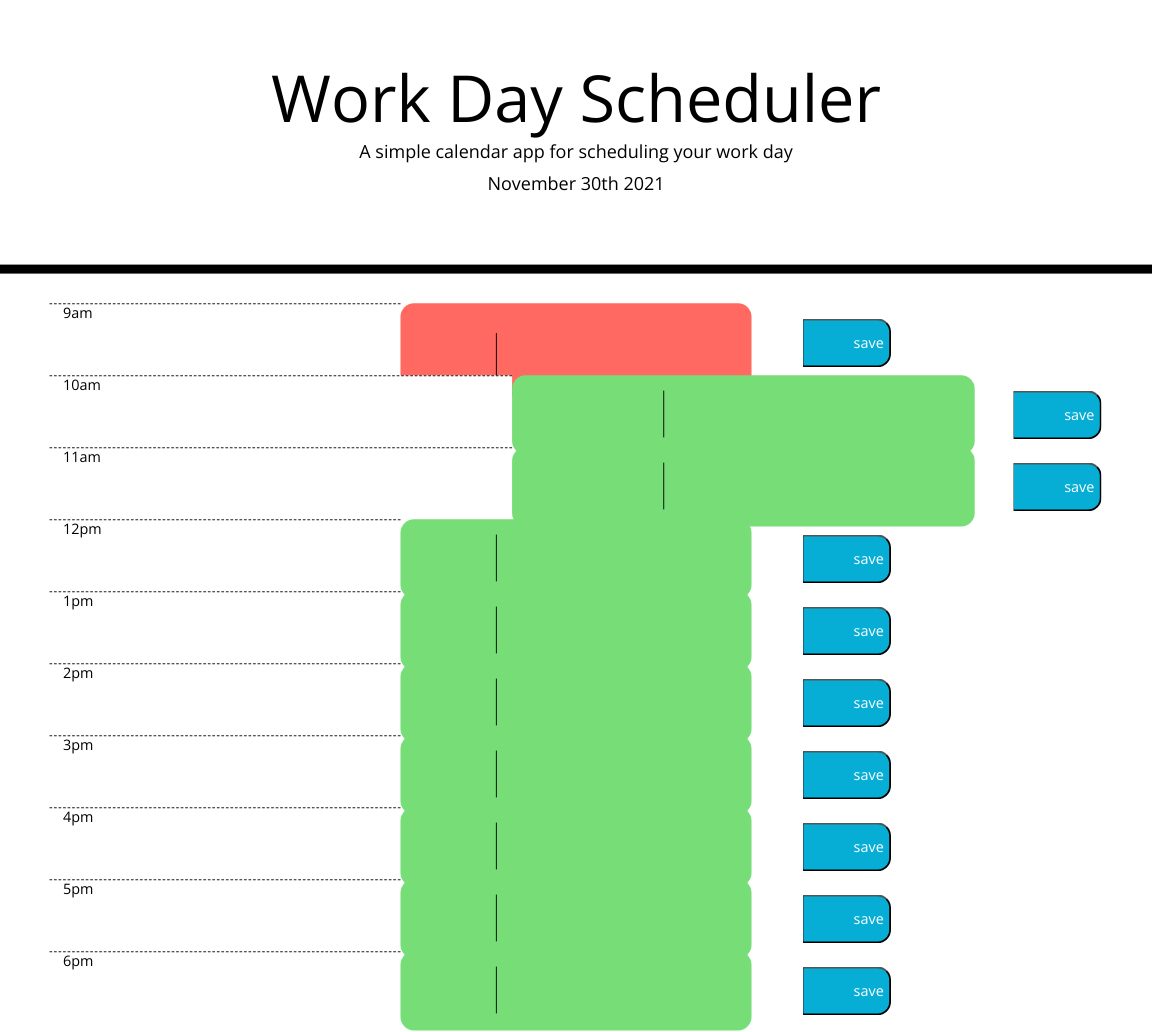
Repository: Naomilounsbury/work-day-scheduler
Page: index.html
These files come from the project's save history. The page is drawn as it stood at one moment and after the next save; the edit follows.
The browser window is 1280 px wide. The pictures show the whole page, at 90% of full size.
Some web libraries are served in a nearby version.

Above is the page before, as saved 2021-12-04 11:00:14.

After the next save:
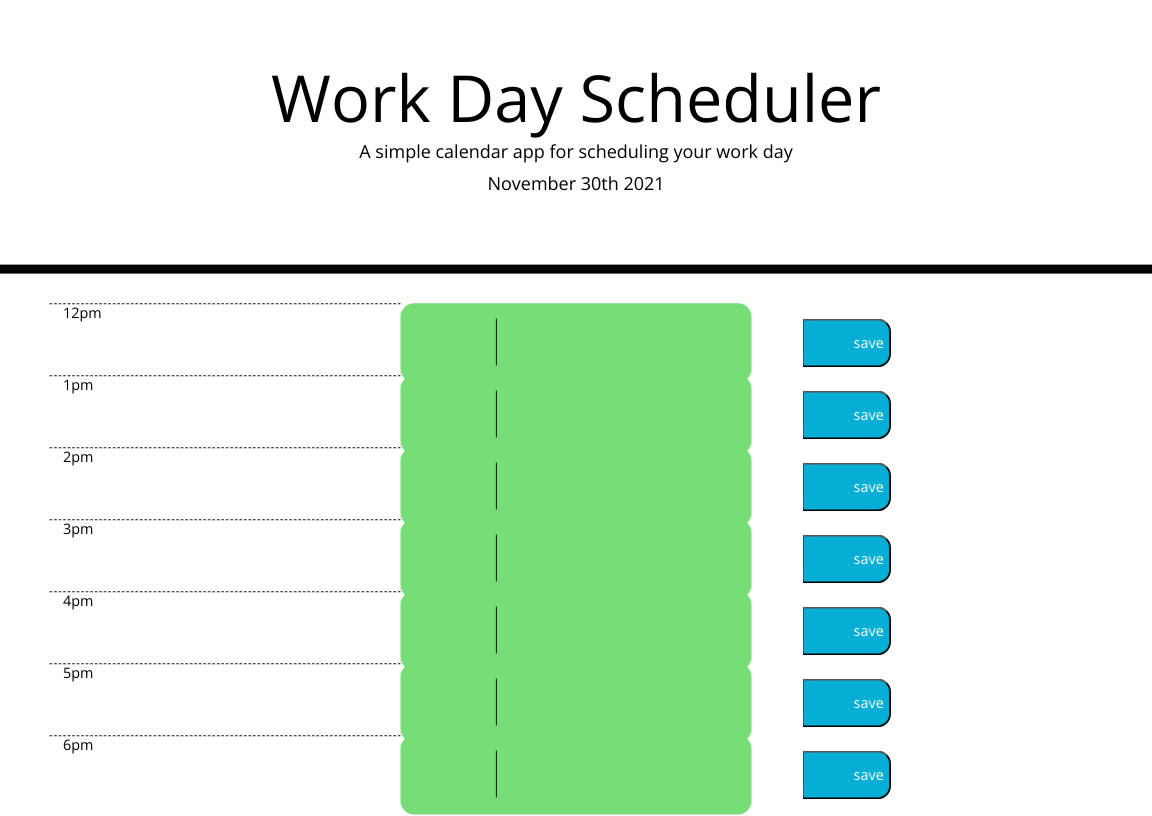
Saved 113 s later.
--- a/index.html
+++ b/index.html
@@ -22,11 +22,11 @@
   <div class>
     <!-- Timeblocks go here -->
     <table class="container">
-      <tr class="row">
+      <!-- <tr class="row">
         <td class="hour col">9am</td>
-        <td class="time-block col" id="9">
+        <td class="time-block col" id="9"> -->
           <!-- all of my textareas are called btn which is ironic because they arent btns -->
-          <textarea id="btn9">
+          <!-- <textarea id="btn9">
           </textarea>
         </td>
         <td class="col">
@@ -58,7 +58,7 @@
             save
           </button>
         </td>
-      </tr>
+      </tr> -->
       <tr class="row">
         <td class="hour col">12pm</td>
         <td class="time-block col" id="12">
